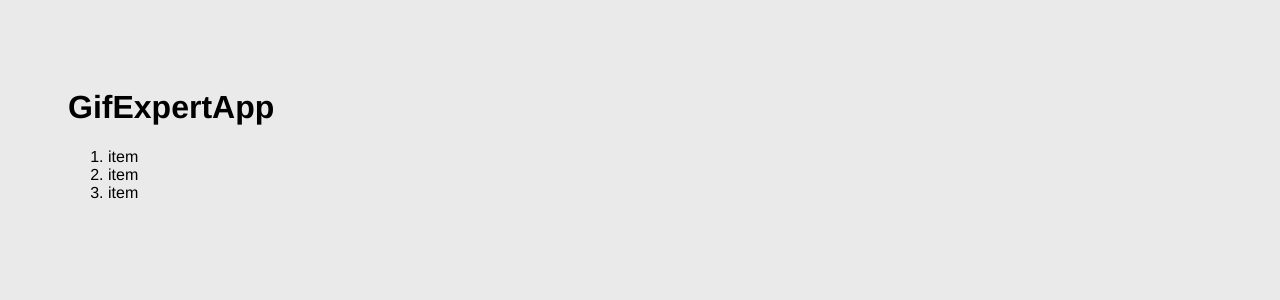
Repository: AlanColliDev/CursoReact
Page: /
An editor plug-in stored every save of this project. The page is shown before and after the next save, followed by the edit.
The browser window is 1280 px wide. The pictures show the whole page.
The project was rebuilt for these pictures with package versions that can differ from the ones it lists, and the page was loaded fresh each time. Also part of the build but not shown: vite.config.js.

Above is the page before, as saved 2022-07-07 00:23:58.

### src/main.jsx
import React from 'react';
import ReactDOM from 'react-dom/client';
import { GifExpertApp } from './GifExpertApp';
import './styles.css';

ReactDOM.createRoot(document.getElementById('root')).render(
  <React.StrictMode>
    {/* titulo de la app */}
    <GifExpertApp />
  </React.StrictMode>
)

### src/GifExpertApp.jsx
import { useState } from 'react';
/**Se le pone el JSX porque no es unicamente un archivo JS, ya que en su interior contendrá un functional component */
// import React from 'react' --despues de la v17 de react ya no es necesario estarlo importando en cada file
export const GifExpertApp = () => {

   const [categories, setCategories] = useState([ 'One Punch', 'Naruto', 'Dragon Ball' ])

   console.log(categories);
  return (
   <>
      {/* Este es el titulo del componente */}
      <h1>GifExpertApp</h1>

      {/* Input de Buscador */}

      {/* Lista de Gif Item */}
      <ol>
         {categories.map( item => {
            return <li key={item}>item</li>
         })}

      </ol>
         {/* Item Gif */}

   </>
  )
}

Loaded but not shown: index.html (common file); src/styles.css (common file)

After the next save:
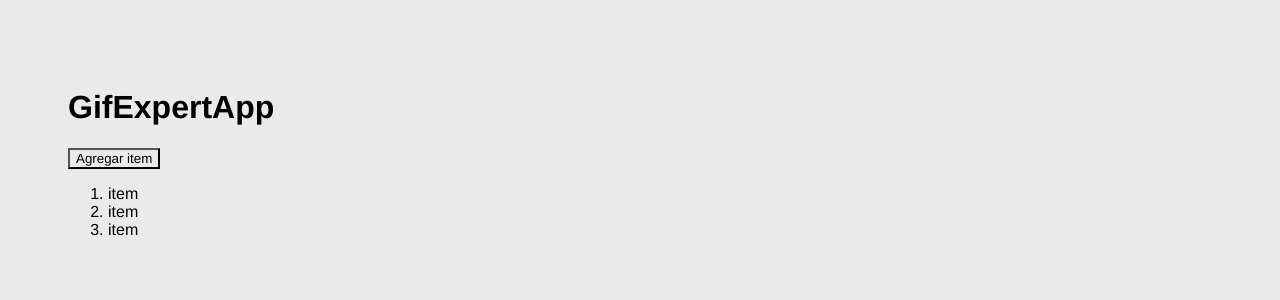
Saved 4 min 46 s later.
--- a/src/GifExpertApp.jsx
+++ b/src/GifExpertApp.jsx
@@ -5,7 +5,9 @@
 
    const [categories, setCategories] = useState([ 'One Punch', 'Naruto', 'Dragon Ball' ])
 
-   console.log(categories);
+   const OnAdd = () => {
+
+   }
   return (
    <>
       {/* Este es el titulo del componente */}
@@ -14,6 +16,7 @@
       {/* Input de Buscador */}
 
       {/* Lista de Gif Item */}
+      <button>Agregar item</button>
       <ol>
          {categories.map( item => {
             return <li key={item}>item</li>
